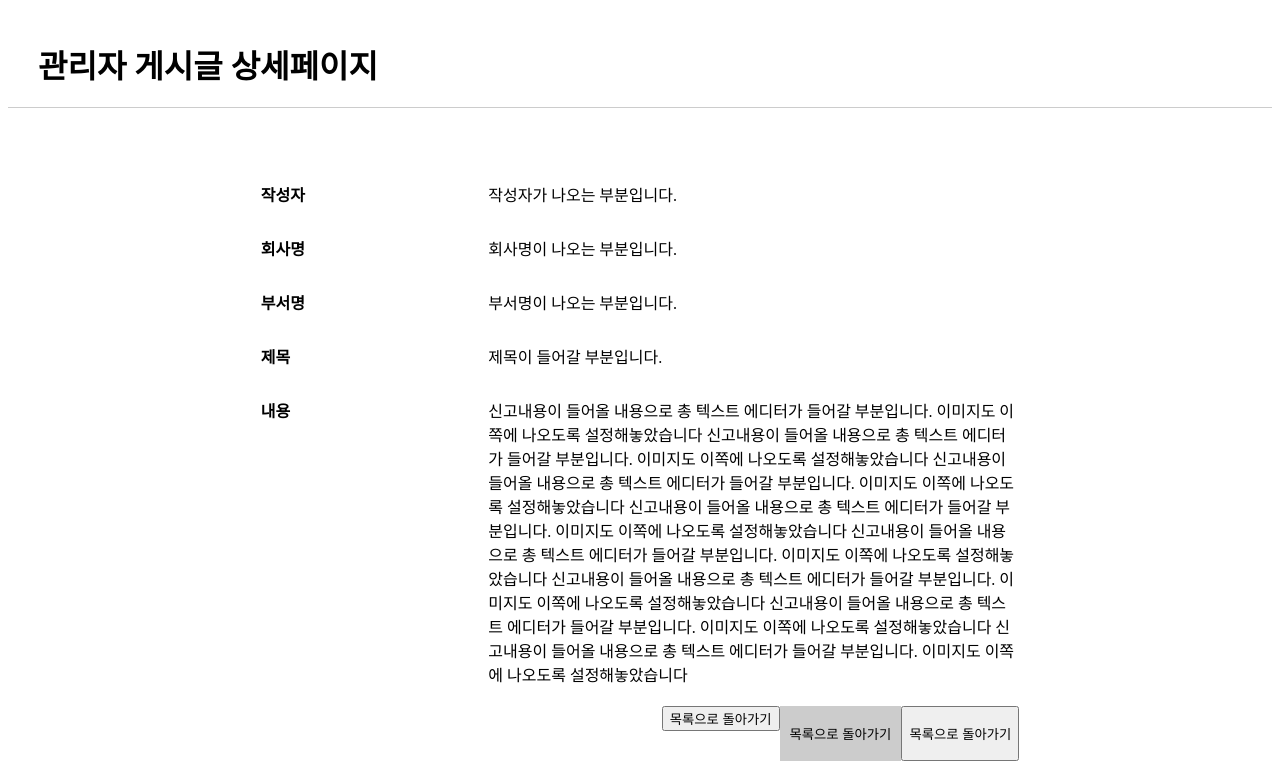
Repository: thdtjdgml415/exVoc
Page: /AdminView/1
These files come from the project's save history. The page is drawn as it stood at one moment and after the next save; the edit follows.
The browser window is 1280 px wide. The pictures show the whole page.
The project was rebuilt for these pictures with package versions that can differ from the ones it lists, and the page was loaded fresh each time. Also part of the build but not shown: src/components/table/CommonTable.css, src/components/table/CommonTable.js, src/components/table/CommonTableColumn.js, src/components/table/CommonTableRow.js, src/components/table/CommonTableWriteBtn.js, src/Page/PostList.js, src/Page/PostMain.js, src/Page/PostView.js and 4 more.

Above is the page before, as saved 2023-01-13 16:06:01.

### public/index.html
<!DOCTYPE html>
<html lang="en">
<head>
  <meta charset="UTF-8">
  <meta http-equiv="X-UA-Compatible" content="IE=edge">
  <meta name="viewport" content="width=device-width, initial-scale=1.0">
  <title>게시판</title>
</head>
<body>
  <div id="root"></div>
</body>
</html>

### src/App.js
import { BrowserRouter, Routes,  Route } from 'react-router-dom';
import PostMain from './Page/PostMain';
import PostView from './Page/PostView';
import Registration from './Page/Registration';
import AdminList from './Page/AdminList';
import AdminView from './Page/AdminView';

function App() {
  return (
    <div className='App'>
      <BrowserRouter>
        <Routes>
          <Route path='/' element={<Registration/>}/>
          <Route path='/postView/:no' element={<PostView/>}/>
          <Route path='/PostMain' element= {<PostMain/>}/>
          <Route path='/Page/AdminList' element= {<AdminList/>}/>
          <Route path='/AdminView/:no' element= {<AdminView/>}/>
        </Routes>
      </BrowserRouter>
    </div>
  )
}

export default App;

### src/Page/AdminView.js
import React, { useEffect, useState } from 'react';
import { useNavigate, useParams } from 'react-router';
import { getPostByNo } from '../Data';
import './Post.css'
import '../components/modal/common.css'
import AcceptModal from '../components/modal/AcceptModal'


const AdminView = ({ }) => {
  const [ data, setData ] = useState({});
  const navigator = useNavigate();
  const { no } = useParams();

  const [adminViewModal, setAdminViewModal] = useState(false);

  const openModal = () => {
    setAdminViewModal(true);
  };
  const closeModal = () => {
    setAdminViewModal(false);
  };

    useEffect(() => {
      setData(getPostByNo(no));
    }, [ ]);

  return (
    <>
      <h1>관리자 게시글 상세페이지</h1>
      <div className="post-view-wrapper">
          <>
            <div className="post-view-row">
              <label>작성자</label>
              <label>작성자가 나오는 부분입니다.</label>
            </div>
            <div className="post-view-row">
              <label>회사명</label>
              <label>회사명이 나오는 부분입니다.</label>
            </div>
            <div className="post-view-row">
              <label>부서명</label>
              <label>부서명이 나오는 부분입니다.</label>
            </div>
            <div className="post-view-row">
              <label>제목</label>
              <label>제목이 들어갈 부분입니다.</label>
            </div>
            <div className="post-view-row">
              <label>내용</label>
              <label>
                신고내용이 들어올 내용으로 총 텍스트 에디터가 들어갈 부분입니다. 이미지도 이쪽에 나오도록 설정해놓았습니다
                신고내용이 들어올 내용으로 총 텍스트 에디터가 들어갈 부분입니다. 이미지도 이쪽에 나오도록 설정해놓았습니다
                신고내용이 들어올 내용으로 총 텍스트 에디터가 들어갈 부분입니다. 이미지도 이쪽에 나오도록 설정해놓았습니다
                신고내용이 들어올 내용으로 총 텍스트 에디터가 들어갈 부분입니다. 이미지도 이쪽에 나오도록 설정해놓았습니다
                신고내용이 들어올 내용으로 총 텍스트 에디터가 들어갈 부분입니다. 이미지도 이쪽에 나오도록 설정해놓았습니다
                신고내용이 들어올 내용으로 총 텍스트 에디터가 들어갈 부분입니다. 이미지도 이쪽에 나오도록 설정해놓았습니다
                신고내용이 들어올 내용으로 총 텍스트 에디터가 들어갈 부분입니다. 이미지도 이쪽에 나오도록 설정해놓았습니다
                신고내용이 들어올 내용으로 총 텍스트 에디터가 들어갈 부분입니다. 이미지도 이쪽에 나오도록 설정해놓았습니다
              </label>
            </div>
          </>
        <div className='post-view-btn-wrap'>
          <React.Fragment>
              <div className="btn">
                <button className="registBtn__admin" onClick={openModal}>
                  목록으로 돌아가기
                </button>
                <AcceptModal open={adminViewModal} close={closeModal}>
                  접수하시겠습니까?
                </AcceptModal>
              </div>
          </React.Fragment>
          <button className="post-view-go-list-btn" onClick={() => navigator(-1)}>목록으로 돌아가기</button>
          <button>목록으로 돌아가기</button>
        </div>
      </div>
    </>
  )
}

export default AdminView;

### src/Data.js
const postList = [
    {
        "no": 1,
        "title": "첫번째 게시글입니다.",
        "content": "첫번째 게시글 내용입니다.",
        "createDate": "2023-01-12"
      },
      {
        "no": 2,
        "title": "두번째 게시글입니다.",
        "content": "두번째 게시글 내용입니다.",
        "createDate": "2023-01-12"
      },
      {
        "no": 3,
        "title": "세번째 게시글입니다.",
        "content": "세번째 게시글 내용입니다.",
        "createDate": "2023-01-12"
      },
      {
        "no": 4,
        "title": "네번째 게시글입니다.",
        "content": "네번째 게시글 내용입니다.",
        "createDate": "2023-01-12"
      },
      {
        "no": 5,
        "title": "다섯번째 게시글입니다.",
        "content": "다섯번째 게시글 내용입니다.",
        "createDate": "2023-01-12"
      },
]

const getPostByNo = no => {

    const array = postList.filter(x=>x.no===no);
    if(array.length == 1) {
        return array[1];
    }
    return null;
}

export {
    postList,
    getPostByNo
};

### src/Page/Post.css
.PostList-Wrap {
  padding-top: 10vw;

}

.post-view-wrapper {
    width: 60%;
    margin: 0 auto;
    margin-top: 5%;
  }
  .post-view-btn-wrap {
    display: flex;
    justify-content: flex-end;
  }
  .post-view-go-list-btn {
    border: 0;
    padding: 10px;
    background-color: #ccc;
  }

  .post-view-row {
    margin: 10px 0;
    display: flex;
  }

  .post-view-row > label:first-child {
    margin: 10px 0;
    width: 30%;
    font-weight: bold;
  }

  .post-view-row > *:nth-child(2) {
    margin: 10px 0;
    width: 70%;
  }

  .registBtn__admin {

  }

### src/components/modal/common.css
#container {
  display: flex;
  flex: 1;
  justify-content: center;
}

html {
  background-color: white;
}

h3 {
  padding: 0;
  -webkit-text-size-adjust: none;
}

h1 {
  padding: 20px 30px;

  border-bottom: 1px solid #ccc;

}

### src/Page/registration.css
.titleCon {
  margin-right: 25px;
}

.titleCon2 {
  margin-right: 10px;
}

.titleCon3 {
  margin-right: 42px;
}

.ck.ck-editor__editable:not(.ck-editor__nested-editable) {
  min-height: 400px;
  margin-bottom: 20px;
}

.btn {
  display: flex;
  justify-content: flex-end;
  margin-bottom: 30px;
}

.registBtn {
  margin-right: 10px;
}

.checkBtn {
  margin-left: 50px;
  margin-top: 30px;

}

.modalInput {
  margin-left: 20px;
}

.modalInput2 {
    margin-left: 6px;
  }

  .Post-write-wrap {
    display: flex;


  }
  .container__wrap {
    border: 1px solid #ccc;
    margin-left: 23%;
    padding: 10px 40px;
  }

### src/components/modal/AcceptModal.js
import React from "react";
import "../modal/modal.css";

const AcceptModal = (props) => {
  const { open, close } = props;

  return (
    <div className={open ? "openModal modal" : "modal"}>
      {open ? (
        <section>
          <main>{props.children}</main>
          <footer>
            <button className="ok">
             <a href="../../Page/AdminList" style={{color: 'white', textDecoration: 'none'}}>확인</a>
            </button>
            <button className="close" onClick={close}>
              취소
            </button>
          </footer>
        </section>
      ) : null}
    </div>
  );
};

export default AcceptModal;

### src/components/modal/modal.css
.modal {
  display: none;
  position: fixed;
  top: 0;
  right: 0;
  bottom: 0;
  left: 0;
  z-index: 99;
  background-color: rgba(0, 0, 0, 0.6);
}
.modal button {
  outline: none;
  cursor: pointer;
  border: 0;
}
.modal > section {
  width: 90%;
  max-width: 450px;
  margin: 0 auto;
  border-radius: 0.3rem;
  background-color: #fff;
  animation: modal-show 0.3s;
  overflow: hidden;
}

.modal > section > main {
  padding: 22px;
}
.modal > section > footer {
  padding: 18px 17px;
  text-align: right;
}
.modal > section > footer .close {
  padding: 6px 12px;
  color: #fff;
  background-color: #6c757d;
  border-radius: 5px;
  font-size: 13px;
}

.modal > section > footer .ok {
    padding: 6px 12px;
    color: #fff;
    background-color: #6c757d;
    border-radius: 5px;
    font-size: 13px;
    margin-right: 5px;
  }
.modal.openModal {
  display: flex;
  align-items: center;
  animation: modal-bg-show 0.3s;
}

Loaded but not shown: src/index.js (common file)

After the next save:
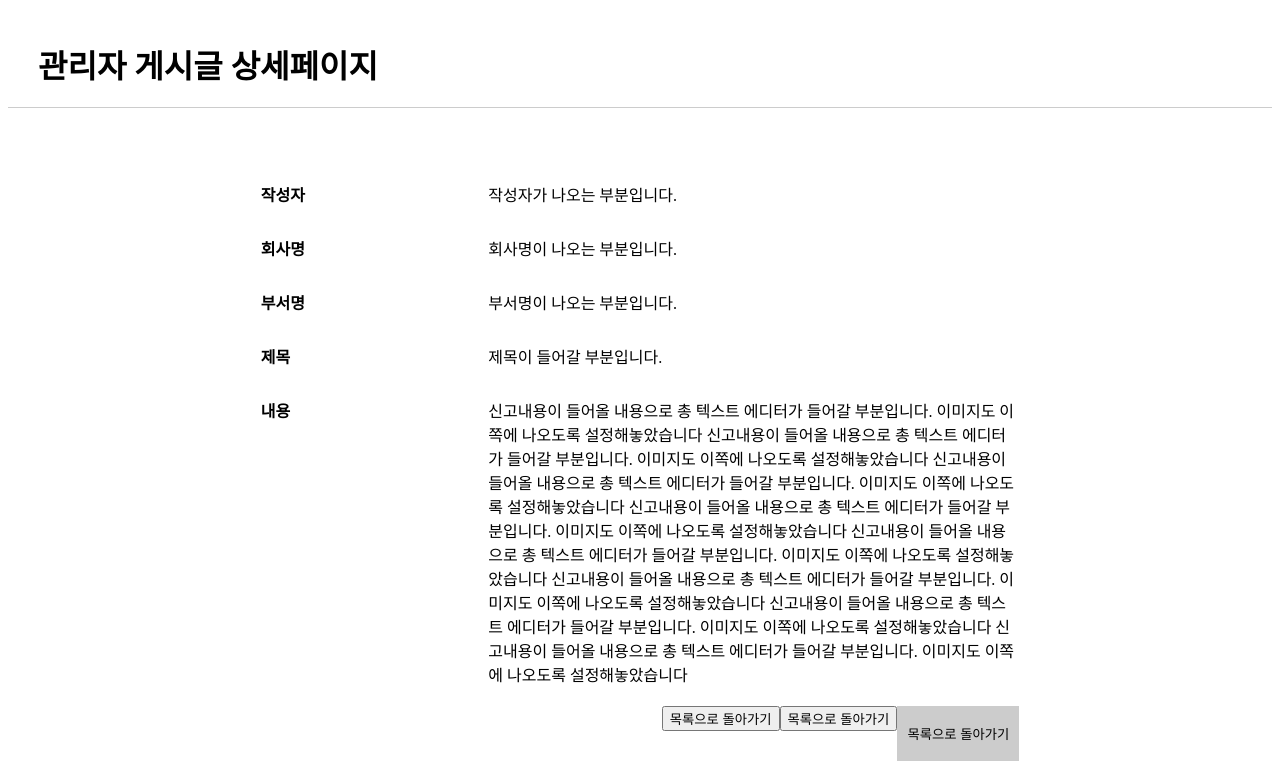
Saved 17 s later.
--- a/src/Page/AdminView.js
+++ b/src/Page/AdminView.js
@@ -65,13 +65,14 @@ const AdminView = ({ }) => {
                 <button className="registBtn__admin" onClick={openModal}>
                   목록으로 돌아가기
                 </button>
+                <button>목록으로 돌아가기</button>
                 <AcceptModal open={adminViewModal} close={closeModal}>
                   접수하시겠습니까?
                 </AcceptModal>
               </div>
           </React.Fragment>
           <button className="post-view-go-list-btn" onClick={() => navigator(-1)}>목록으로 돌아가기</button>
-          <button>목록으로 돌아가기</button>
+
         </div>
       </div>
     </>
